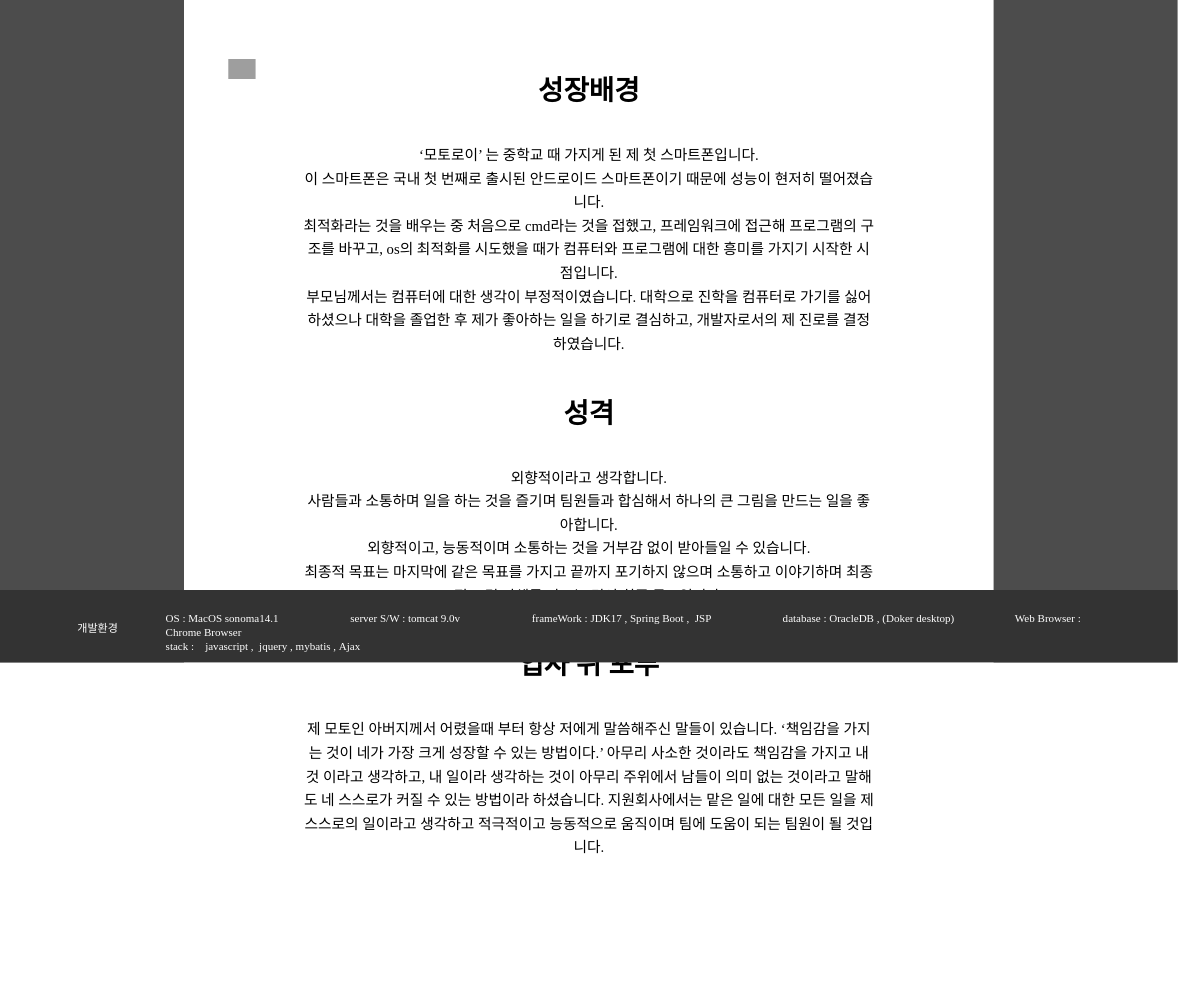
Repository: LeeHaNeul96/Leehaneul
Page: http://localhost/com.introduce/WEB-INF/views/more2.jsp
An editor plug-in stored every save of this project. The page is shown before and after the next save, followed by the edit.
The browser window is 1280 px wide. The pictures show the whole page, at 92% of full size.
Pictures or frames that could not be fetched are drawn as grey boxes. The page is served by Tomcat 9. Nobody is signed in. The template is opened directly, without the code that normally fills it, so the values that code supplies are empty.

Above is the page before, as saved 2023-10-31 10:28:07.

After the next save:
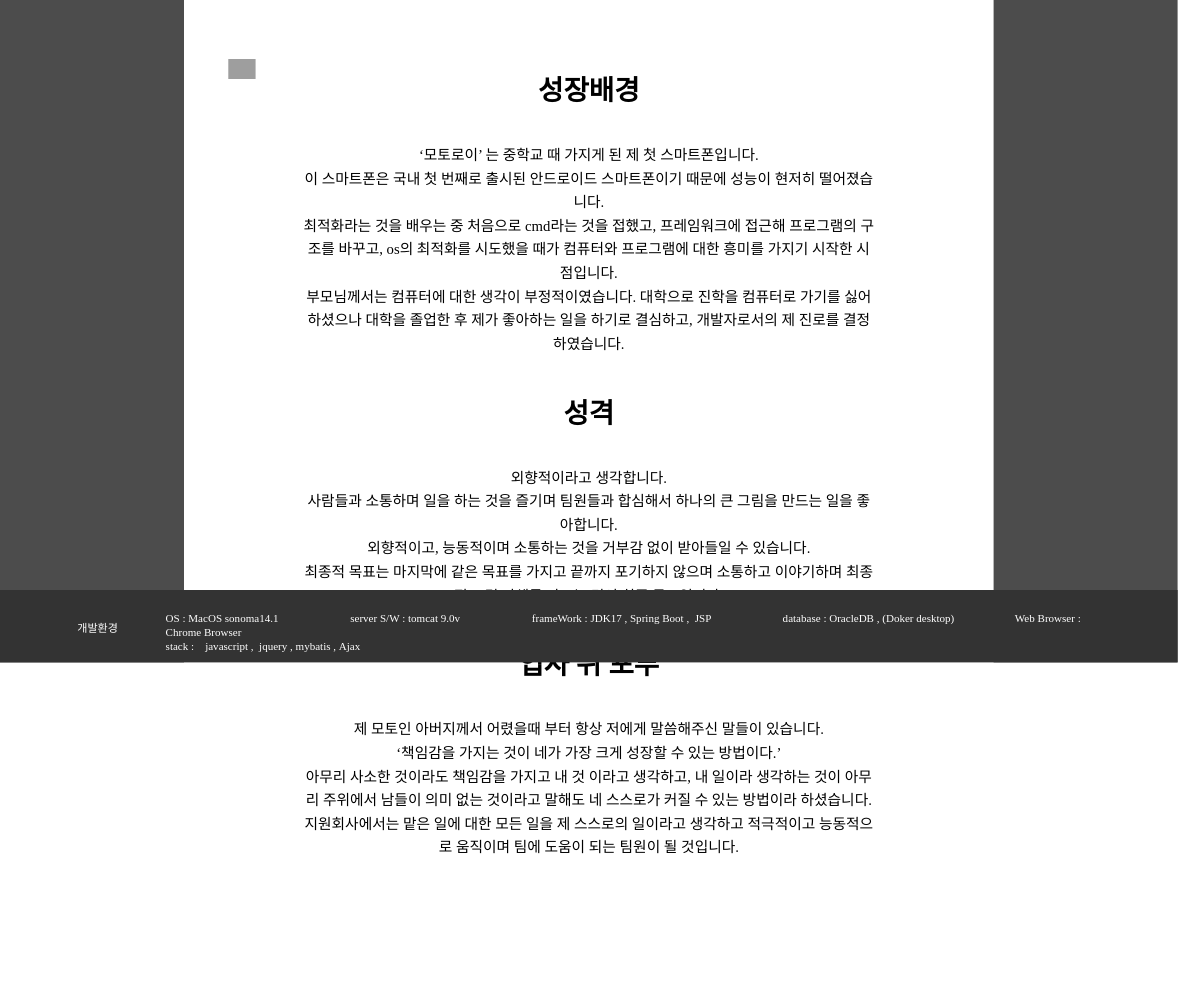
Saved 16 s later.
--- a/com.introduce/src/main/webapp/WEB-INF/views/more2.jsp
+++ b/com.introduce/src/main/webapp/WEB-INF/views/more2.jsp
@@ -130,8 +130,8 @@ $(function() {
 
 <h1>입사 뒤 포부</h1><br>
 <div class="content">
-제 모토인 아버지께서 어렸을때 부터 항상 저에게 말씀해주신 말들이 있습니다.
-‘책임감을 가지는 것이 네가 가장 크게 성장할 수 있는 방법이다.’
+제 모토인 아버지께서 어렸을때 부터 항상 저에게 말씀해주신 말들이 있습니다.<br>
+‘책임감을 가지는 것이 네가 가장 크게 성장할 수 있는 방법이다.’<br>
 아무리 사소한 것이라도 책임감을 가지고 내 것 이라고 생각하고, 내 일이라 생각하는 것이 아무리 주위에서 남들이 의미 없는 것이라고 말해도 네 스스로가 커질 수 있는 방법이라 하셨습니다.
 지원회사에서는 맡은 일에 대한 모든 일을 제 스스로의 일이라고 생각하고 적극적이고 능동적으로 움직이며 팀에 도움이 되는 팀원이 될 것입니다.
 
